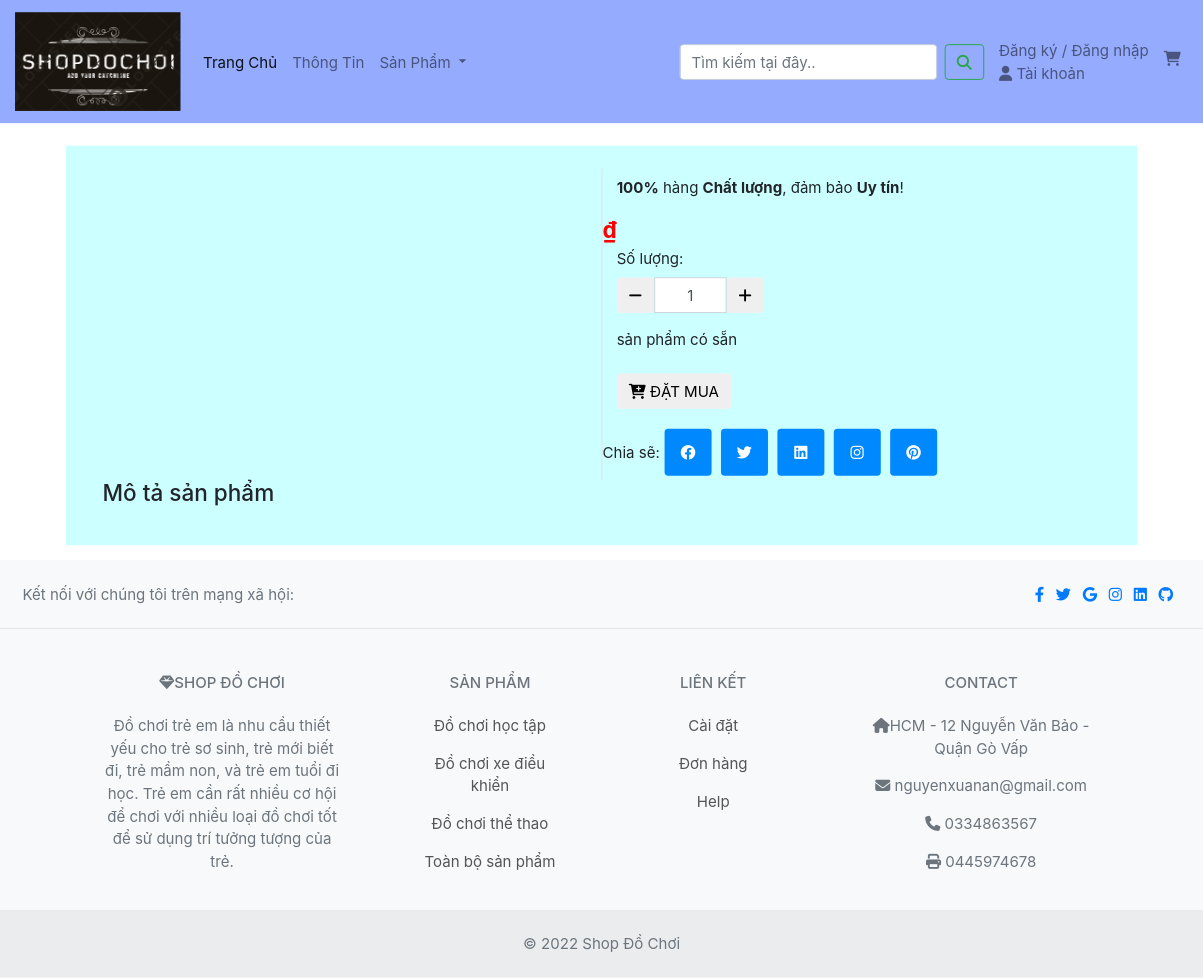
Repository: huynhdinhchieu/20112111-HuynhDinhChieu-BTL-WEB
Page: html/chitietsanpham.html
An editor plug-in stored every save of this project. The page is shown before and after the next save, followed by the edit.
The browser window is 1280 px wide. The pictures show the whole page, at 94% of full size.
Some web libraries are served in a nearby version.

Above is the page before, as saved 2022-10-23 15:51:12.
Console error: TypeError: Cannot read properties of null (reading 'find')

After the next save:
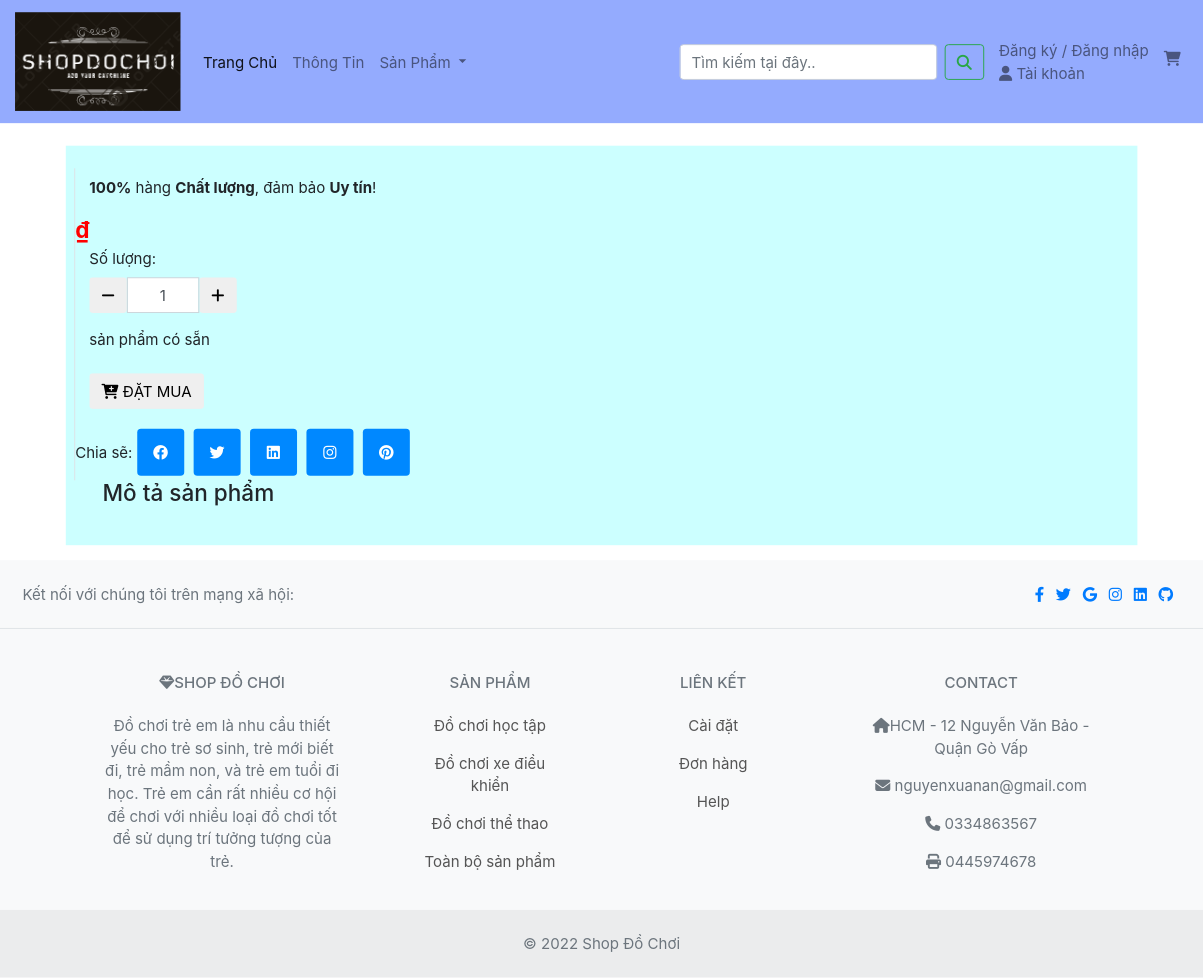
Saved 20 s later.
--- a/html/chitietsanpham.html
+++ b/html/chitietsanpham.html
@@ -80,11 +80,11 @@
         <section class="chitietsanpham mt-lg-4">
             <div class="container p-4" style="background-color: var(--secondary-color);">
                 <div class="row">
-                    <div class="col-lg-6 col-md-6">
+                    <!-- <div class="col-lg-6 col-md-6">
                         <div class="mb-sm-4">
                             <div id="ha"></div>
                         </div>
-                    </div>
+                    </div> -->
                     <div class="col-lg-6 col-md-6 border-left">
                         <h3 id="tensp"></h3>
                         <p><strong> 100%</strong> hàng <strong>Chất lượng</strong>, đảm bảo <strong>Uy tín</strong>!</p>

After the save that followed:
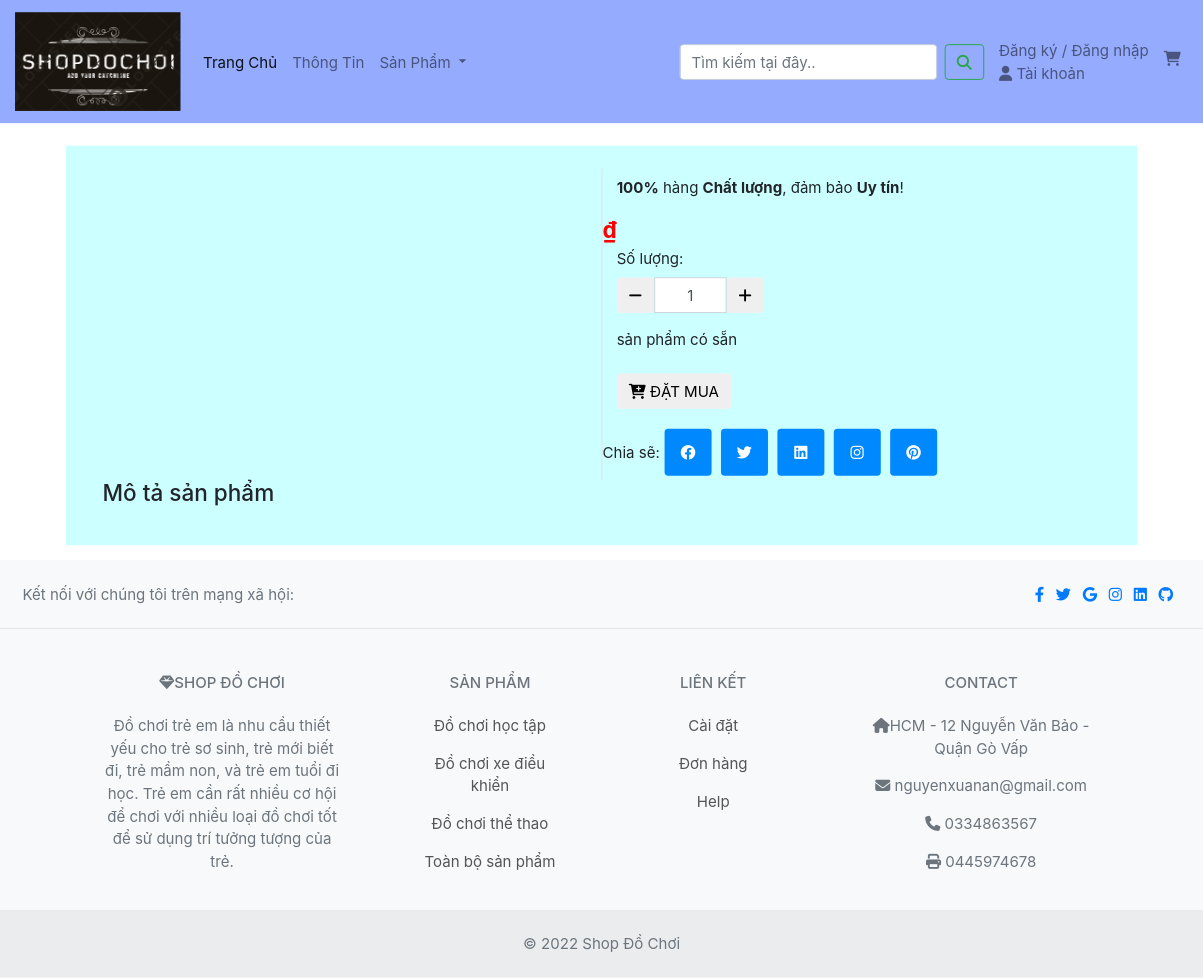
Saved 4 s later.
--- a/html/chitietsanpham.html
+++ b/html/chitietsanpham.html
@@ -80,11 +80,11 @@
         <section class="chitietsanpham mt-lg-4">
             <div class="container p-4" style="background-color: var(--secondary-color);">
                 <div class="row">
-                    <!-- <div class="col-lg-6 col-md-6">
+                    <div class="col-lg-6 col-md-6">
                         <div class="mb-sm-4">
                             <div id="ha"></div>
                         </div>
-                    </div> -->
+                    </div>
                     <div class="col-lg-6 col-md-6 border-left">
                         <h3 id="tensp"></h3>
                         <p><strong> 100%</strong> hàng <strong>Chất lượng</strong>, đảm bảo <strong>Uy tín</strong>!</p>
